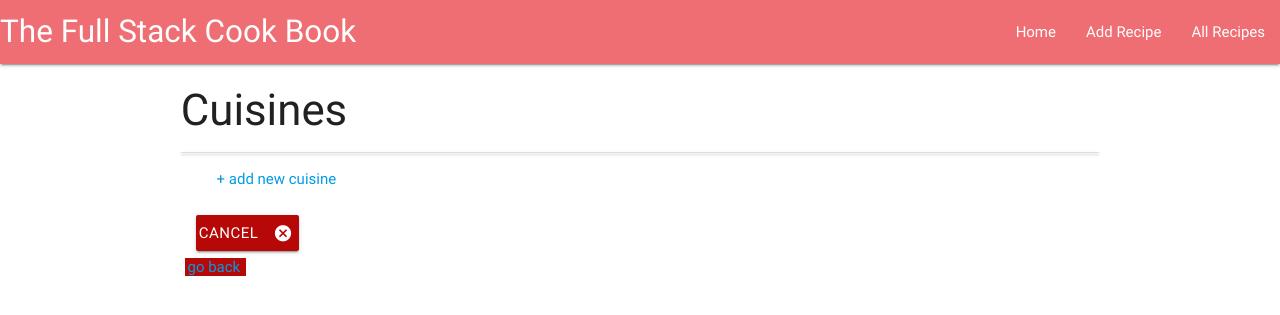
Repository: nakitamccool/francisillingworth-milestone-project-3
Page: http://localhost/get_cuisines
The author's editor kept a record of every edit. The page is drawn from the files as they stood at one moment, then again after the next edit.
The browser window is 1280 px wide. The pictures show the whole page.
The page is served by the project's application, run on Flask 3 (app.py). Queries for data that is not in the repository find no rows.

Above is the page before.

After the next edit:
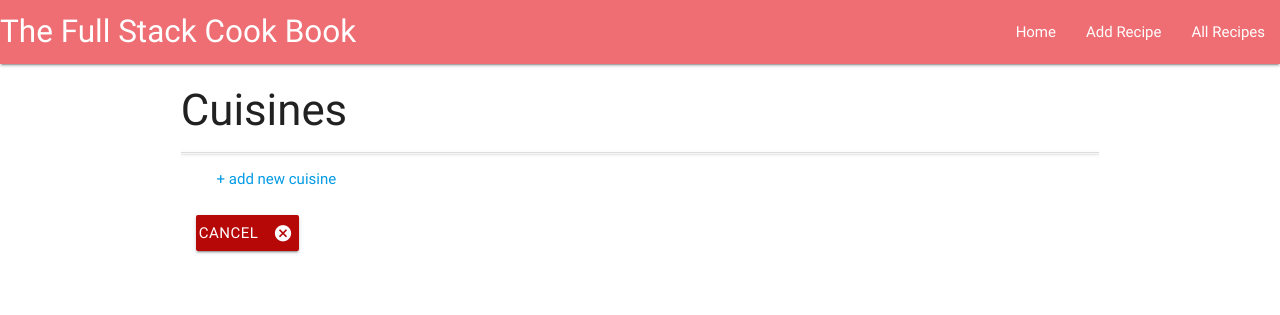
The edit:
--- a/templates/cuisines.html
+++ b/templates/cuisines.html
@@ -25,8 +25,6 @@
             <a href="{{ url_for('get_recipes') }}" class="waves-effect waves-light btn cancel_button">
                 <i class="material-icons right">cancel</i>Cancel
             </a>
-            <div class = "row">
-                <a class = "cancel_button" href = "{{ url_for('get_recipes') }}">go back</a>
-            </div>
+
 </div>
 {% endblock %}
